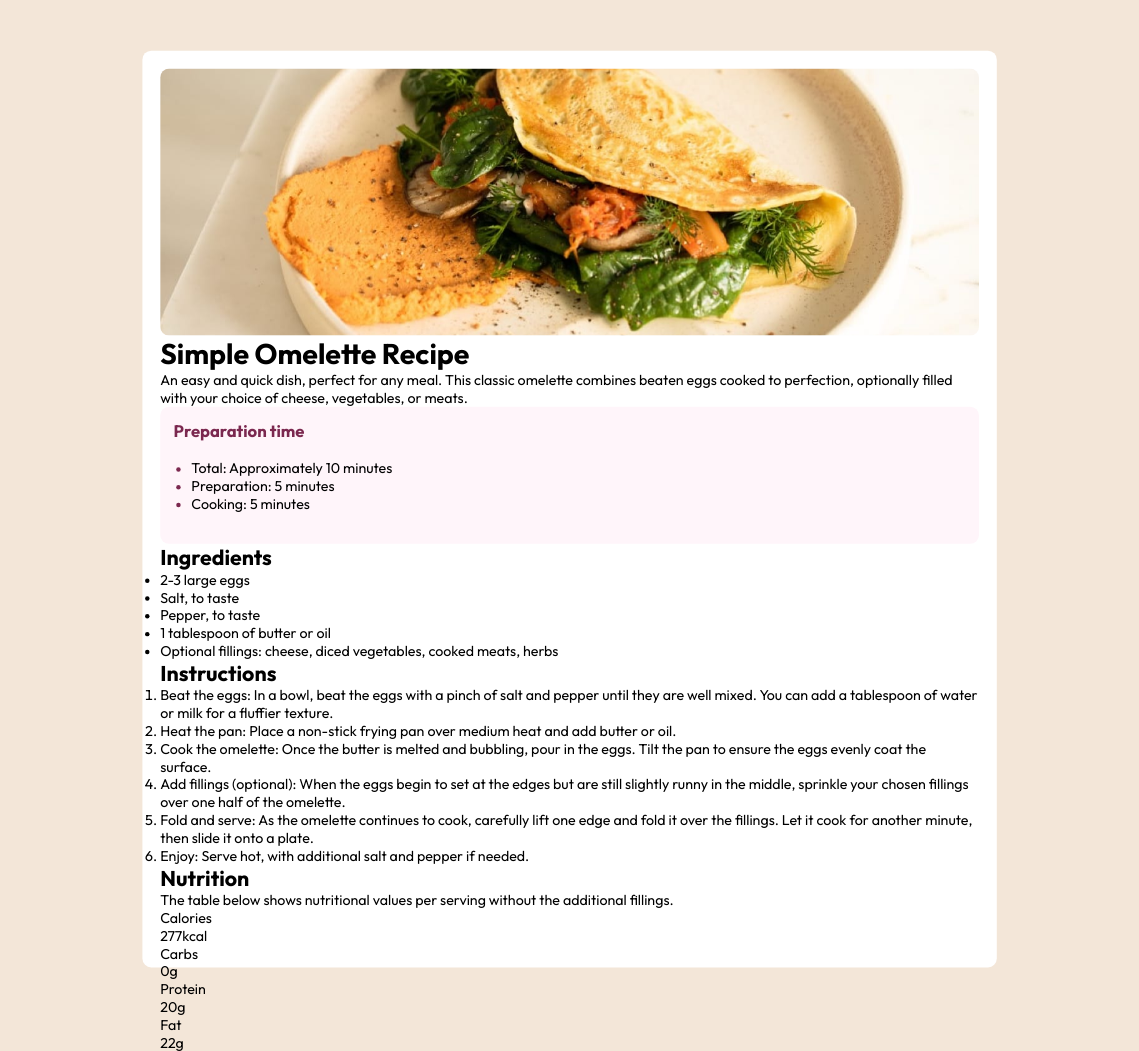
Repository: reemoon-ctrl/mine-recipe-page-main
Page: index1.html
An editor plug-in stored every save of this project. The page is shown before and after a run of saves, followed by the edit.
The browser window is 1280 px wide. The pictures show the whole page, at 89% of full size.

Above is the page before, as saved 2024-08-11 15:22:30.

After the next 2 saves:
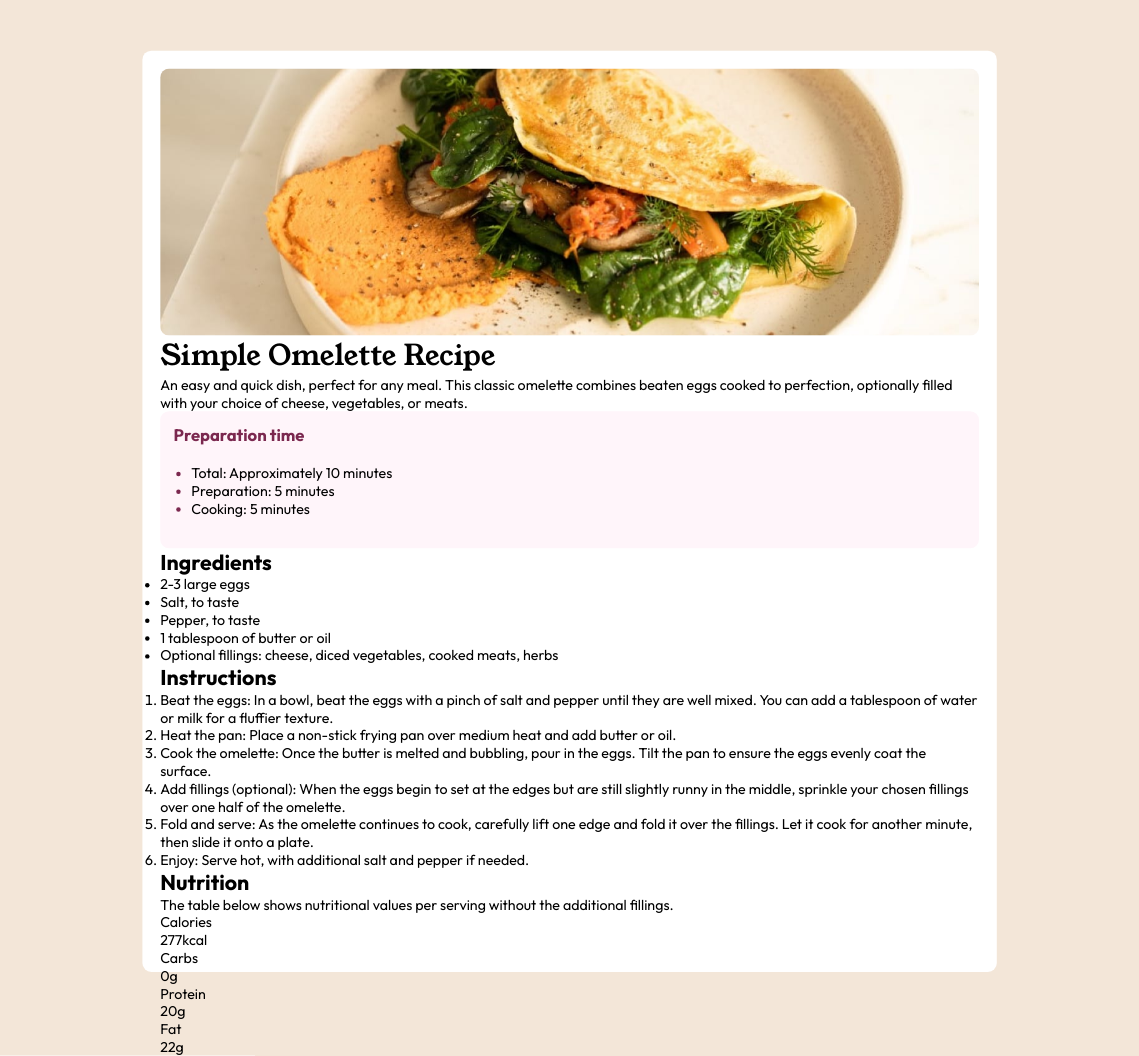
The 2 saves are shown as one change because they came seconds apart.
The last was saved 7 s later.
--- a/style.css
+++ b/style.css
@@ -49,11 +49,11 @@ body{
 
 .prep-time h3{
     color: hsl(332, 51%, 32%);
-    /* font-family: "Young Serif", serif;
-    font-weight: 400;
-    font-style: normal; */
+    /*  */
 
 }
 h1{
-
+    font-family: "Young Serif", serif;
+    font-weight: 400;
+    font-style: normal;
 }
